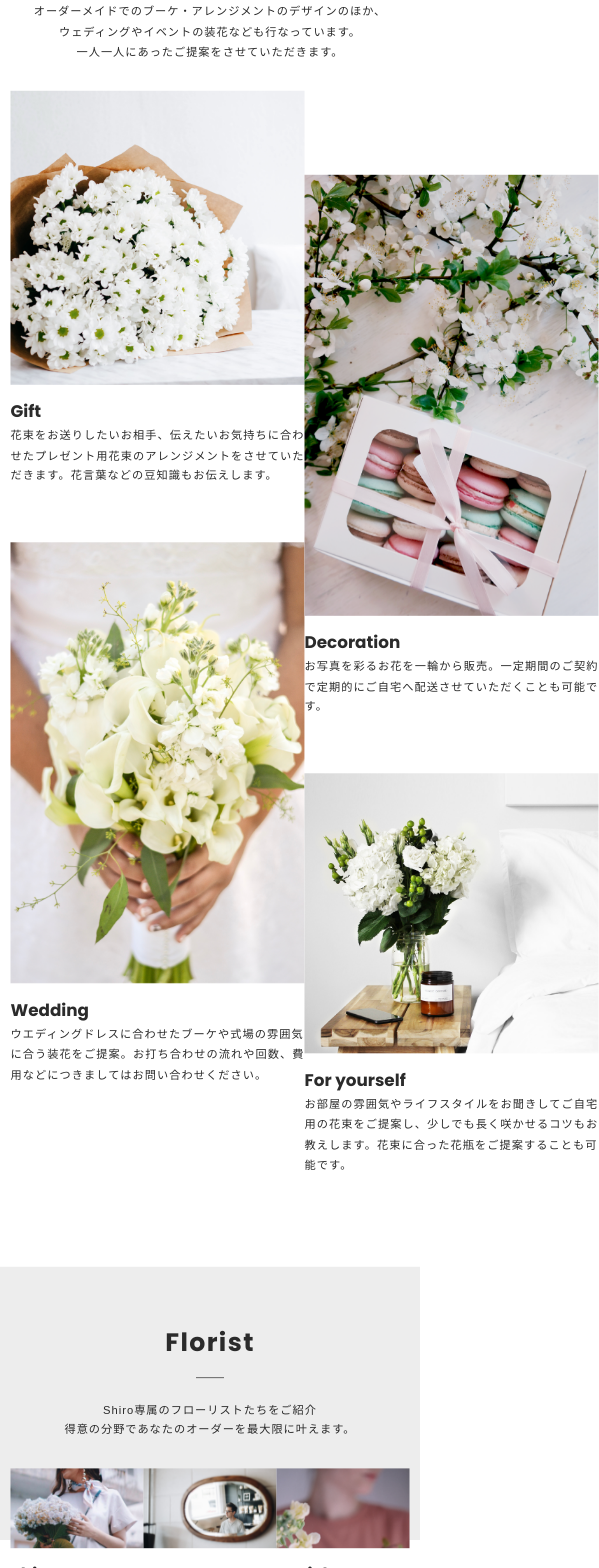
Repository: kami8ma8810/Portfolio-Findjob
Page: public/2019/Shiro/index.html
These files come from the project's save history. The page is drawn as it stood at one moment and after the next save; the edit follows.
The browser window is 600 px wide. The page is 855 px wide, then 600 px, so the pictures cover 855 px, including what lies to the right of the window. The pictures show the part of the page from y = 1634 to 3874 px (the page is 5623 px tall), at 70% of full size.
Some web libraries are served in a nearby version.

Above is the page before, as saved 2019-06-19 22:07:44.

After the next save:
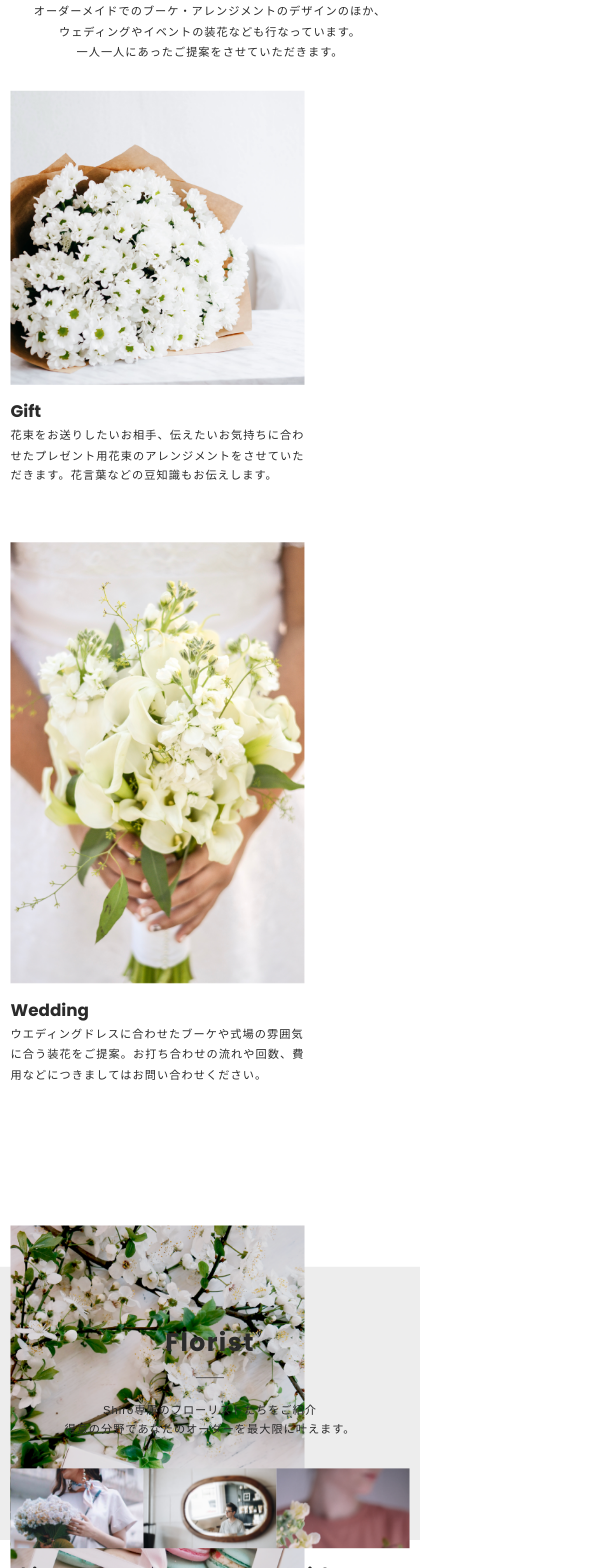
Saved 4 min 56 s later.
--- a/public/2019/Shiro/responsive.css
+++ b/public/2019/Shiro/responsive.css
@@ -6,5 +6,7 @@
 .u-content-wrapper {
   width: 95%;
 }
-
+.work_contents {
+  display: block;
+}
   }
